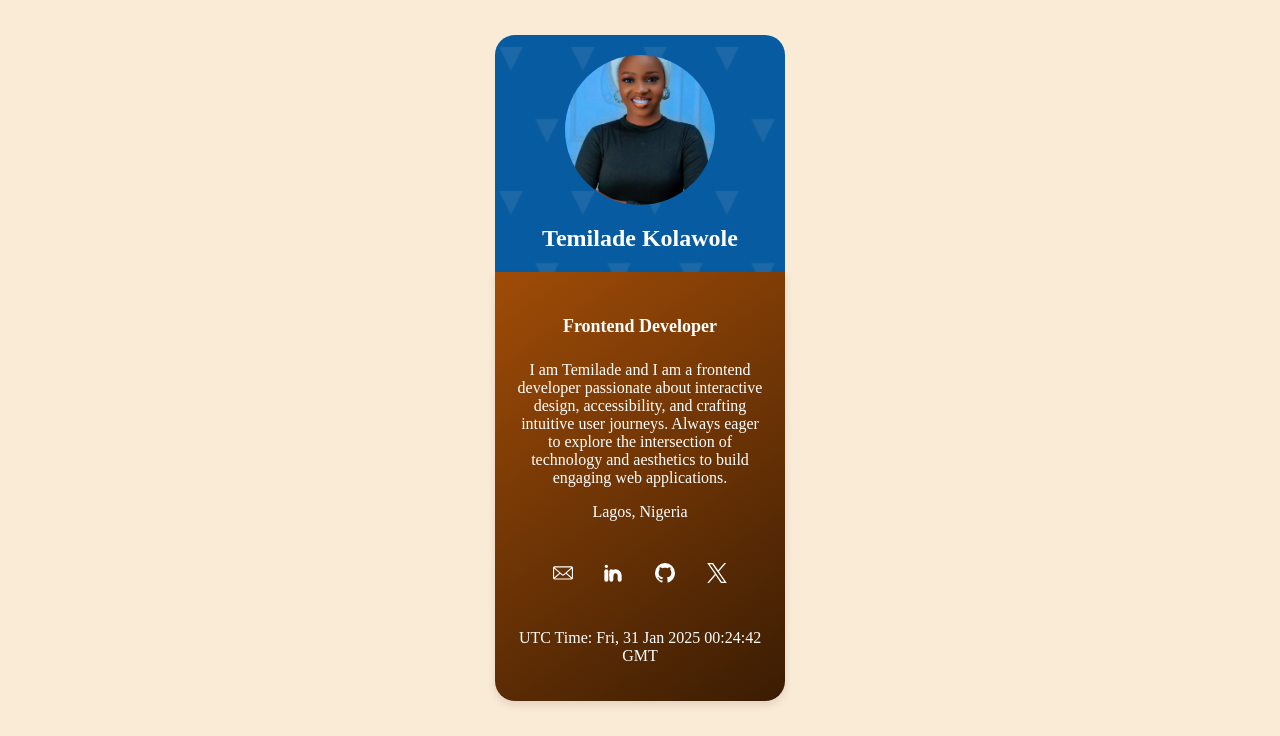
Repository: KolawoleTemilade/ticket-guarantor
Page: profilecard/index..html
These files come from the project's save history. The page is drawn as it stood at one moment and after a run of saves; the edit follows.
The browser window is 1280 px wide. The pictures show the whole page.

Above is the page before, as saved 2025-02-05 01:38:33.

### profilecard/index..html
<!DOCTYPE html>
<html lang="en">
  <head>
    <meta charset="UTF-8" />
    <meta name="viewport" content="width=device-width, initial-scale=1.0" />
    <title>Profile Card</title>
    <link rel="stylesheet" href="style.css" />
  </head>
  <body>
    <section class=" ">
      <div class="background" style="background-image: url('./asset/bgo.svg')">
        <img
          src="./asset/profile.jpg"
          alt="Profile Picture"
          data-testid="profilePicture"
        />
        <h2 class="fullname" data-testid="fullName">Temilade Kolawole</h2>
      </div>
      <div class="card">
        <h4 data-testid="jobTitle">Frontend Developer</h4>
        <p data-testid="shortBio">
          I am Temilade and I am a frontend developer passionate about
          interactive design, accessibility, and crafting intuitive user
          journeys. Always eager to explore the intersection of technology and
          aesthetics to build engaging web applications.
        </p>
        <p data-testid="currentLocation">Lagos, Nigeria</p>

        <div class="social-links" data-testid="socialLinks">
          <p data-testid="emailAddress">
            <a href="mailto:temiladekolawole008@gmail.com" target="_blank">
              <img src="./asset/email.svg" alt="email- image">
            </a>
          </p>

          <a
            href="https://linkedin.com/in/kolawoleTemilade13"
            target="_blank"
            class="socials"
          >
            <img src="./asset/linkedin.svg" alt=" linkedin image" /></a
          >
          <a href="https://github.com/kolawoleTemilade" target="_blank"
            ><img src="./asset/github.svg" alt="Github-image"></a
          >
          <a
            href="https://twitter.com/temmie415"
            target="_blank"
            class="socials"
          >
            <img src="./asset/twitter.svg" alt=" twitter image"
          /></a>
        </div>
        <p data-testid="currentTimeUTC" id="utcTime"></p>
      </div>
    </section>

    <script>
      // Update UTC time every second
      function updateTime() {
        const utcTime = new Date().toUTCString();
        document.getElementById("utcTime").textContent = `UTC Time: ${utcTime}`;
      }

      // Initial call and set interval
      updateTime();
      setInterval(updateTime, 1000);
    </script>
  </body>
</html>

### profilecard/style.css
body {
  display: flex;
  align-items: center;
  justify-content: center;
  height: 100vh;
  border-radius: 10px;
  background-color: antiquewhite;
}

.card {
  background: #fff;
  padding: 20px;
  border-radius: 0 0 20px 20px;
  box-shadow: 0 4px 8px rgba(0, 0, 0, 0.1);
  text-align: center;
  max-width: 250px;
  width: 100%;
  background: linear-gradient(145deg, #a04c07, #3a1c03);
}
.card p,
.card h4 {
  color: #fff;
}
.card h4 {
  font-size: 18px;
}
.background {
  width: 100%;
  padding: 0;
  display: flex;
  flex-direction: column;
  justify-content: center;
  align-items: center;
  border-radius: 20px 20px 0 0;
}
.background > img {
  width: 150px;
  height: 150px;
  border-radius: 50%;
  object-fit: cover;
  margin-top: 20px;
}
.fullname {
  color: #fff;
  font-size: 24px;
}

.social-links {
  display: flex;
  justify-content: center;
  align-items: center;
  gap: 20px;
  margin: 15px auto;
  padding: 10px 0;
  width: 100%;
}

a {
  margin: 0 5px;
  text-decoration: none;
  color: white;
  transition: all 0.3s ease;
}

a:hover {
  color: #ffd700;
  transform: translateY(-2px);
}

.socials img {
  width: 20px;
  height: 20px;
}

### profilecard/asset/linkedin.svg
<svg width="10" height="10" viewBox="0 0 20 20" fill="none" xmlns="http://www.w3.org/2000/svg">
<path d="M3.33335 4.99999C4.25383 4.99999 5.00002 4.2538 5.00002 3.33332C5.00002 2.41285 4.25383 1.66666 3.33335 1.66666C2.41288 1.66666 1.66669 2.41285 1.66669 3.33332C1.66669 4.2538 2.41288 4.99999 3.33335 4.99999Z" fill="white"/>
<path d="M3.33331 8.33334V16.6667" stroke="white" stroke-width="4" stroke-linecap="round" stroke-linejoin="round"/>
<path d="M8.33331 8.33334V16.6667" stroke="white" stroke-width="4" stroke-linecap="round" stroke-linejoin="round"/>
<path d="M8.33331 12.5C8.33331 10.2 10.2 8.33334 12.5 8.33334C14.8 8.33334 16.6666 10.2 16.6666 12.5V16.6667" stroke="white" stroke-width="4" stroke-linecap="round" stroke-linejoin="round"/>
</svg>

### profilecard/asset/github.svg
<svg xmlns="http://www.w3.org/2000/svg" width="24" height="24" viewBox="0 0 24 24"><path fill="#ffffff" d="M12 2A10 10 0 0 0 2 12c0 4.42 2.87 8.17 6.84 9.5c.5.08.66-.23.66-.5v-1.69c-2.77.6-3.36-1.34-3.36-1.34c-.46-1.16-1.11-1.47-1.11-1.47c-.91-.62.07-.6.07-.6c1 .07 1.53 1.03 1.53 1.03c.87 1.52 2.34 1.07 2.91.83c.09-.65.35-1.09.63-1.34c-2.22-.25-4.55-1.11-4.55-4.92c0-1.11.38-2 1.03-2.71c-.1-.25-.45-1.29.1-2.64c0 0 .84-.27 2.75 1.02c.79-.22 1.65-.33 2.5-.33s1.71.11 2.5.33c1.91-1.29 2.75-1.02 2.75-1.02c.55 1.35.2 2.39.1 2.64c.65.71 1.03 1.6 1.03 2.71c0 3.82-2.34 4.66-4.57 4.91c.36.31.69.92.69 1.85V21c0 .27.16.59.67.5C19.14 20.16 22 16.42 22 12A10 10 0 0 0 12 2"/></svg>

### profilecard/asset/twitter.svg
<svg width="10" height="10" viewBox="0 0 20 20" fill="none" xmlns="http://www.w3.org/2000/svg">
<path d="M11.8619 8.46875L19.1472 0H17.4207L11.095 7.35313L6.04253 0H0.215027L7.85534 11.1194L0.215027 20H1.94159L8.6219 12.2348L13.9575 20H19.785L11.8614 8.46875H11.8619ZM9.49722 11.2172L8.723 10.11L2.56362 1.29969H5.2155L10.186 8.41L10.96 9.51719L17.4214 18.7594H14.7699L9.49722 11.2177V11.2172Z" fill="white"/>
</svg>

After the next 2 saves:
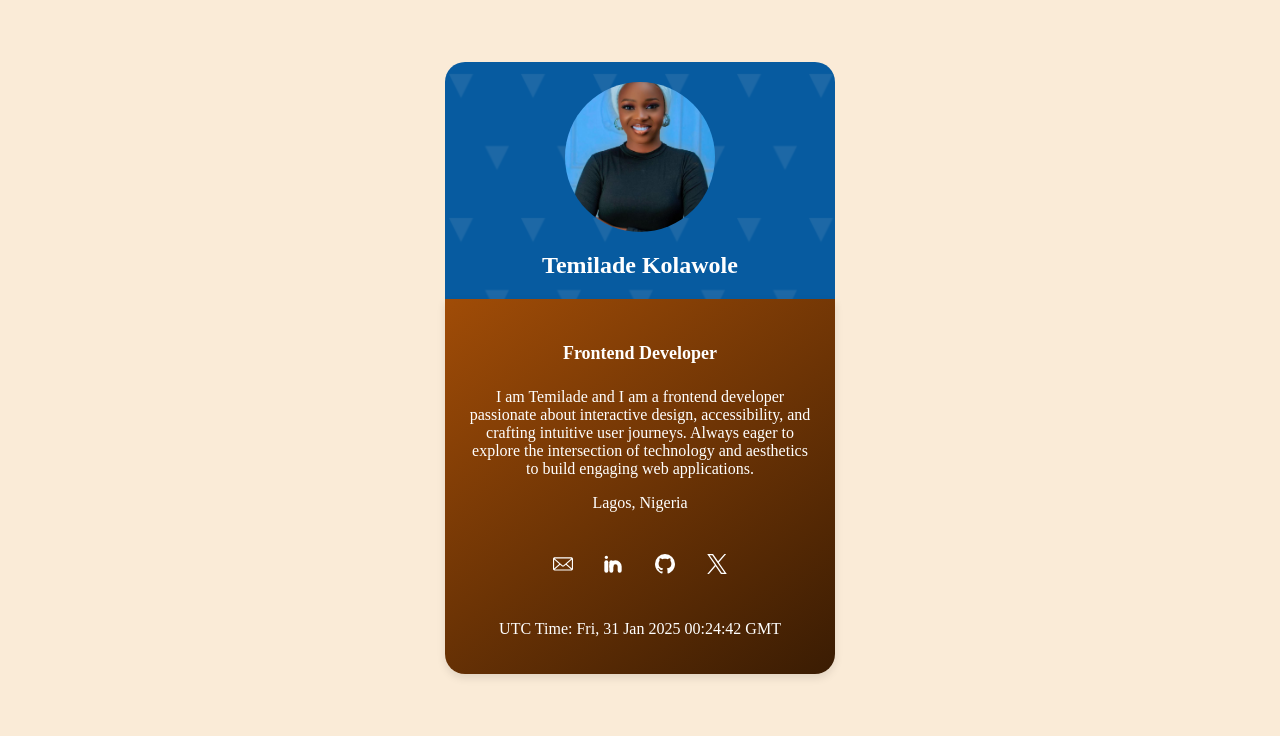
The 2 saves are shown as one change because they came seconds apart.
The last was saved 13 s later.
--- a/profilecard/style.css
+++ b/profilecard/style.css
@@ -13,7 +13,7 @@ body {
   border-radius: 0 0 20px 20px;
   box-shadow: 0 4px 8px rgba(0, 0, 0, 0.1);
   text-align: center;
-  max-width: 250px;
+  max-width: 350px;
   width: 100%;
   background: linear-gradient(145deg, #a04c07, #3a1c03);
 }
